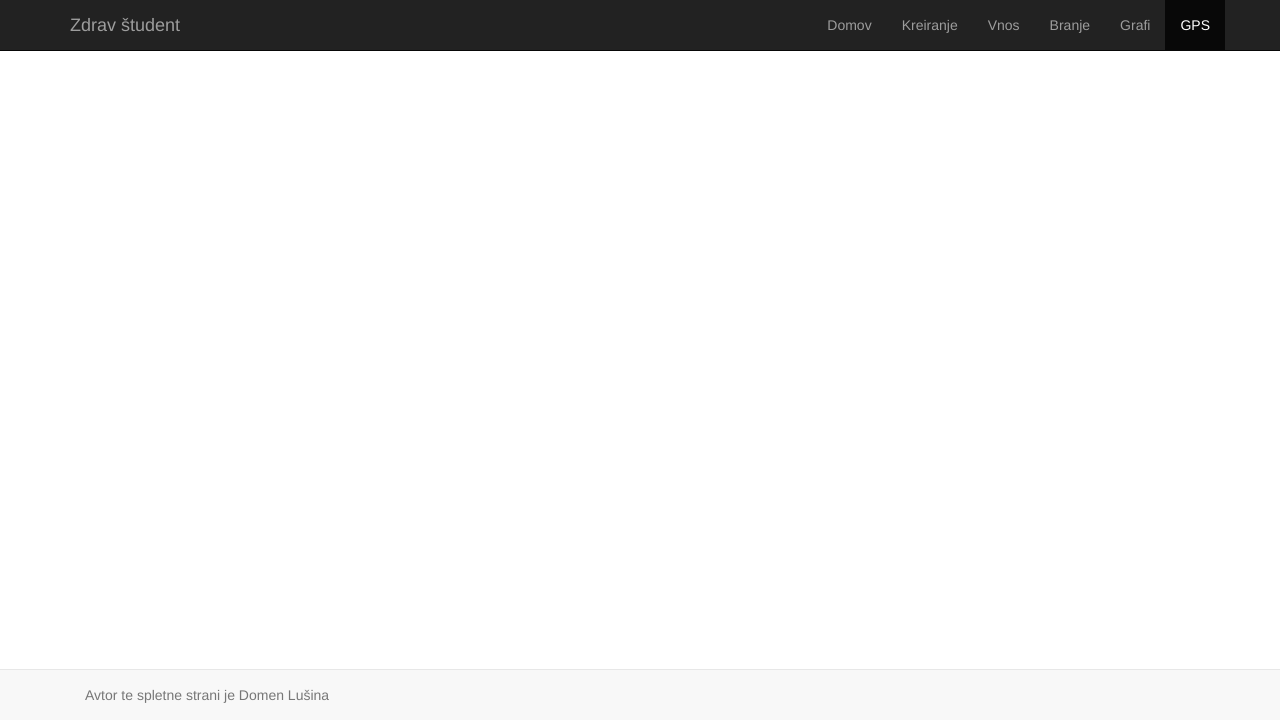
Repository: dl4184/ois-dn4
Page: gps.html
The author's editor kept a record of every edit. The page is drawn from the files as they stood at one moment, then again after the next edit.
The browser window is 1280 px wide. The pictures show the whole page.
Some web libraries are served in a nearby version.

Above is the page before.
Not found: css/styles.css

### gps.html
    <!DOCTYPE html>
    <html>
            <head>
                    <title>WebApp ois</title>
                    <meta name="viewport" content="width=device-width, initial-scale=1.0">
                    <link href = "css/bootstrap.min.css" rel = "stylesheet">
                    <link href = "css/styles.css" rel = "stylesheet">
            </head>
            <body>

                    <div class = "navbar navbar-inverse navbar-static-top">
                            <div class = "container">

                                    <a href = "#" class = "navbar-brand">Zdrav študent</a>

                                    <button class = "navbar-toggle" data-toggle = "collapse" data-target = ".navHeaderCollapse">
                                            <span class = "icon-bar"></span>
                                            <span class = "icon-bar"></span>
                                            <span class = "icon-bar"></span>
                                    </button>

                                    <div class = "collapse navbar-collapse navHeaderCollapse">

                                            <ul class = "nav navbar-nav navbar-right">

                                                    <li><a href = "index.html">Domov</a></li>
                                                    <li><a href = "kreiranje.html">Kreiranje</a></li>
                                                    <li><a href = "vnos.html">Vnos</a></li>
                                                    <li><a href = "branje.html">Branje</a></li>
													<li><a href = "grafi.html">Grafi</a></li>
													<li class = "active"><a href = "gps.html">GPS</a></li>

                                            </ul>

                                    </div>

                            </div>
                    </div>

					 <div class = "navbar navbar-default navbar-fixed-bottom">

                        <div class = "container">
                                <p class = "navbar-text pull-left">Avtor te spletne strani je Domen Lušina</p>
                        </div>

					</div>

                    <script src = "http://ajax.googleapis.com/ajax/libs/jquery/1.10.2/jquery.min.js"></script>
                    <script src = "js/bootstrap.js"></script>

            </body>
    </html>

Loaded but not shown: css/bootstrap.min.css (library); js/bootstrap.js (library)

After the next edit:
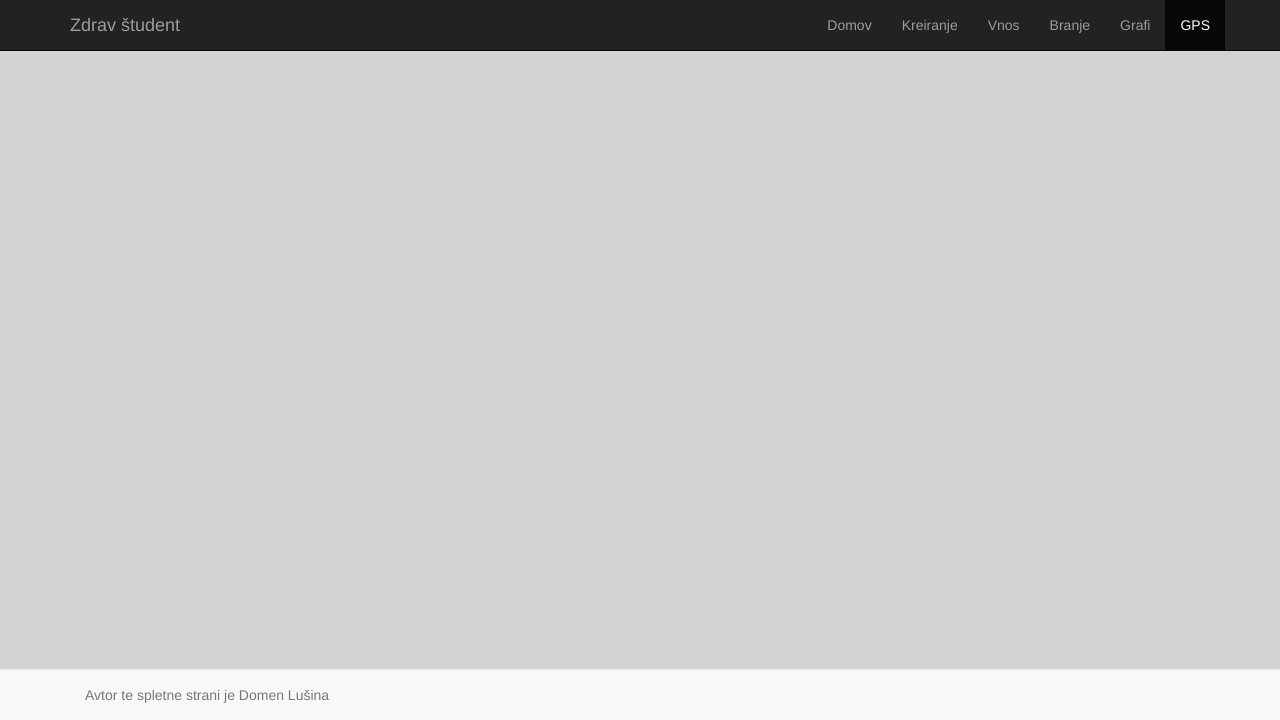
The edit:
--- a/gps.html
+++ b/gps.html
@@ -6,7 +6,7 @@
                     <link href = "css/bootstrap.min.css" rel = "stylesheet">
                     <link href = "css/styles.css" rel = "stylesheet">
             </head>
-            <body>
+            <body style="background-color:lightgray">
 
                     <div class = "navbar navbar-inverse navbar-static-top">
                             <div class = "container">
